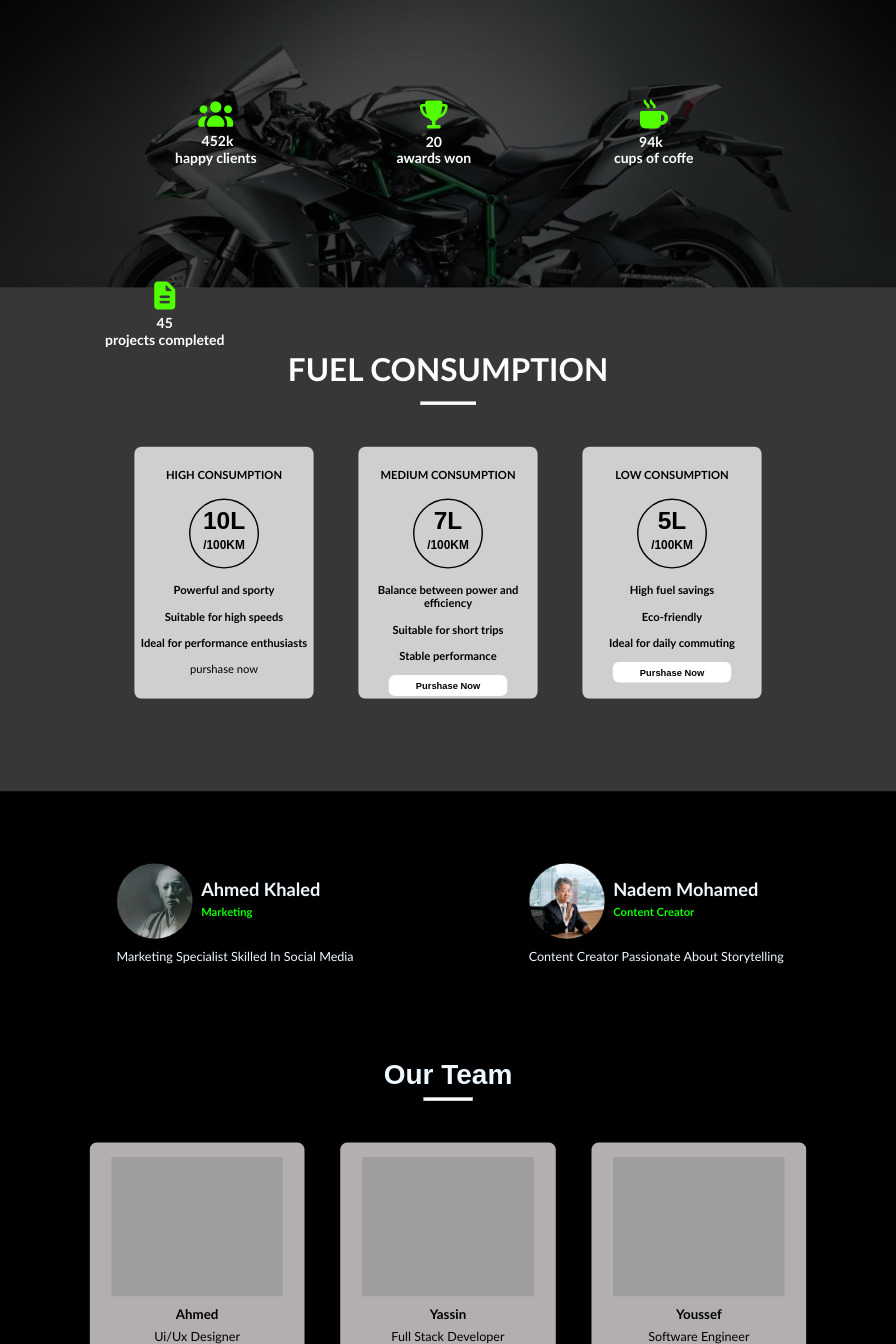
Repository: mustafasayed075-stack/project1
Page: index.html
The author's editor kept a copy of each file at every save. The page is drawn from the files as they stood at one save, then again after the next save.
The browser window is 1280 px wide. The pictures show the part of the page from y = 3615 to 5535 px (the page is 6669 px tall), at 70% of full size.
Pictures or frames that could not be fetched are drawn as grey boxes. Backgrounds fixed to the window are drawn as part of the page.

Above is the page before, as saved 2025-09-20 19:52:44.

After the next save:
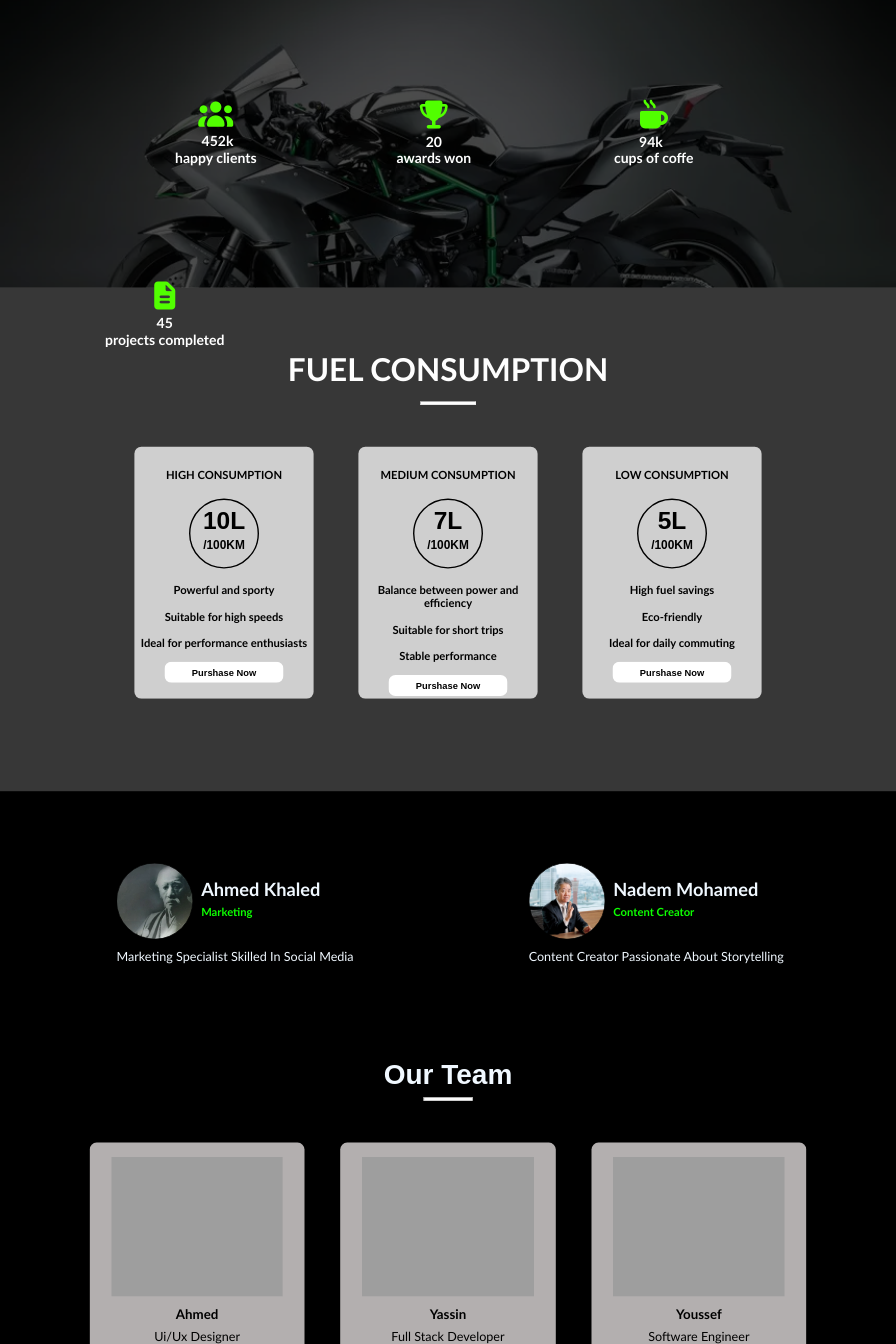
Saved 6 s later.
--- a/index.html
+++ b/index.html
@@ -244,9 +244,9 @@
                         <p class="fresh1">Powerful and sporty</p>
                         <p class="confident2">Suitable for high speeds</p>
                         <p class="nature3">Ideal for performance enthusiasts</p>
-                        <div class="purshase-div1">
-                            <p class="purshase1">purshase now</p>
-                        </div>
+                        <button class="purshasebtn3">
+                            purshase now
+                        </button>
                     </div> <!-- section7-div1 -->
                     <div class="section7-div2">
                         <p class="p72-h5">MEDIUM CONSUMPTION</p>
